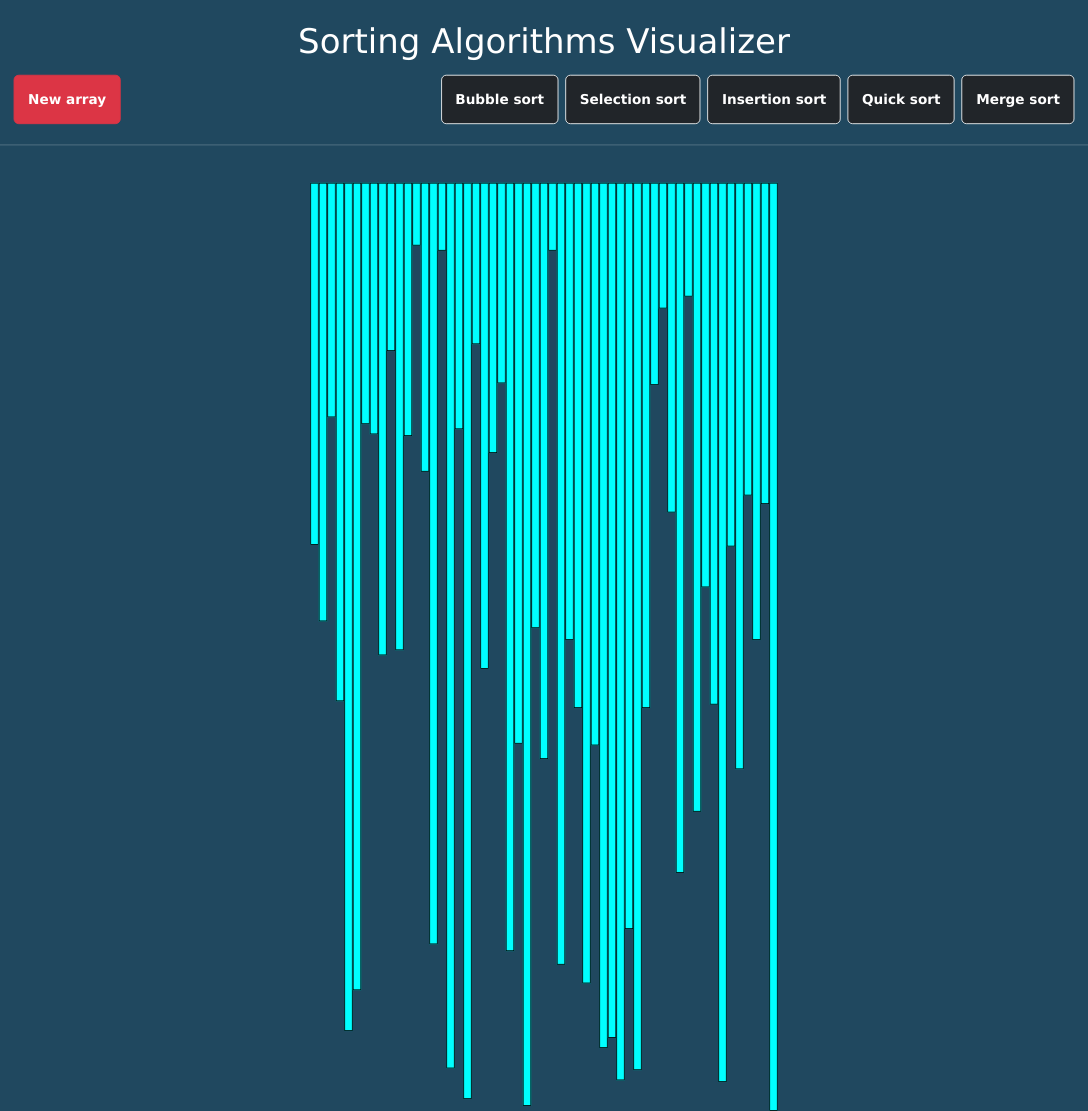
Repository: Vasil1001/Sorting-Algorithms-Visualizer-js
Page: views/index.html
An editor plug-in stored every save of this project. The page is shown before and after the next save, followed by the edit.
The browser window is 1280 px wide. The pictures show the whole page, at 85% of full size.

Above is the page before, as saved 2022-11-03 18:06:48.

After the next save:
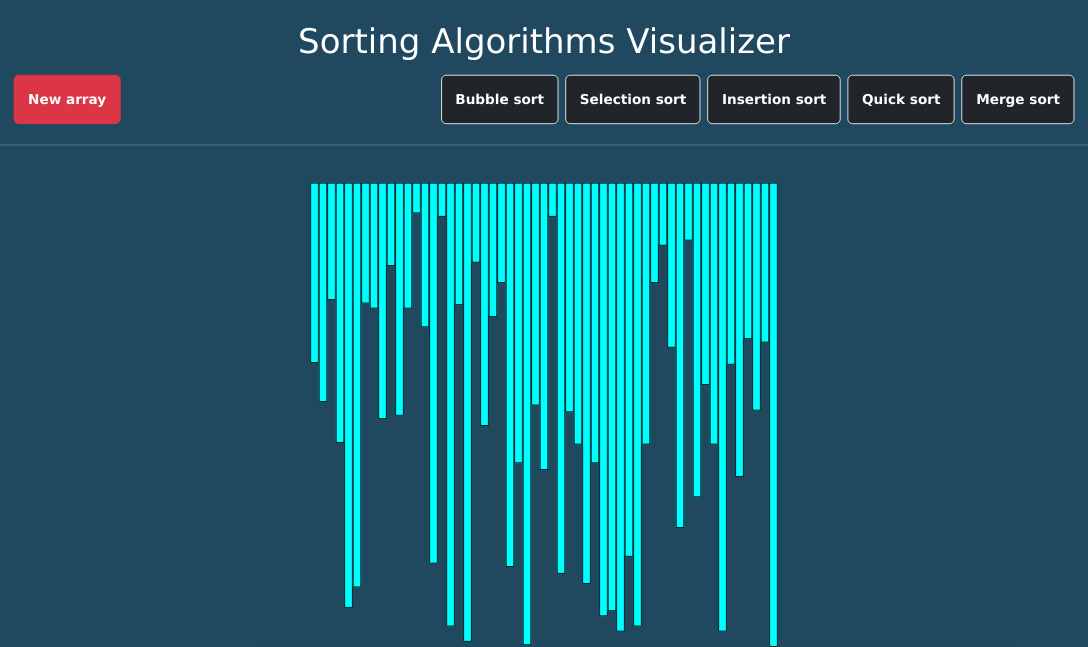
Saved 8 s later.
--- a/sort_algos_js_files/index.js
+++ b/sort_algos_js_files/index.js
@@ -14,7 +14,7 @@ function createBarArray() {
 
     // get a random number and add it to the array until there are 100 in array
     for (numberOfBars = 0; numberOfBars < l; numberOfBars++) {
-        random_array_100.push(Math.round(Math.random() * l * 10));
+        random_array_100.push(Math.round(Math.random() * l * 5));
     }
     // print 100 random numbers of the array
     console.log(random_array_100);
